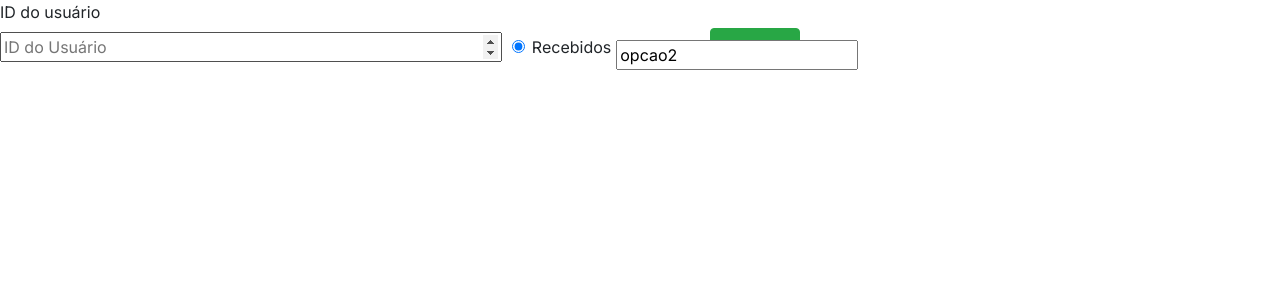
Repository: mateusilva8/tarefa-pix
Page: frontend/index.html
An editor plug-in stored every save of this project. The page is shown before and after the next save, followed by the edit.
The browser window is 1280 px wide. The pictures show the whole page.

Above is the page before, as saved 2023-10-21 19:32:39.

### frontend/index.html
<!DOCTYPE html>
<html lang="pt-BR">
<head>
  <meta charset="UTF-8">
  <meta name="viewport" content="width=device-width, initial-scale=1.0">
  <title>CRIE_TI PIX</title>
  <link rel="stylesheet" href="./css/index.css">
  <link rel="preconnect" href="https://fonts.googleapis.com">
  <link rel="preconnect" href="https://fonts.gstatic.com" crossorigin>
  <link rel="stylesheet" href="https://stackpath.bootstrapcdn.com/bootstrap/4.1.3/css/bootstrap.min.css" integrity="sha384-MCw98/SFnGE8fJT3GXwEOngsV7Zt27NXFoaoApmYm81iuXoPkFOJwJ8ERdknLPMO" crossorigin="anonymous">
  <link href="https://fonts.googleapis.com/css2?family=Inter:wght@400;700&display=swap" rel="stylesheet">
</head>
<body>
  <div class="formulario">
    <label for="id">ID do usuário</label>
    <div class="formulario-body">
      <input class="idInput" type="number" placeholder="ID do Usuário" id="id"></input>
      <div class="formulario-select">
        <div class="form-check">
          <input class="form-check-input" type="radio" name="recebidos" id="recebidos" value="opcao1" checked>
          <label class="form-check-label" for="recebidos">
            Recebidos
          </label>
        </div>
        <div class="form-check">
          <input class="form-check-input" type="transacao" name="enviados" id="enviados" value="opcao2">
          <label class="form-check-label" for="enviados">
            Enviados
          </label>
        </div>
        <button type="button" class="btn btn-success">Success</button>
      </div>
    </div>
  </div>


  <script src="https://code.jquery.com/jquery-3.3.1.slim.min.js" integrity="sha384-q8i/X+965DzO0rT7abK41JStQIAqVgRVzpbzo5smXKp4YfRvH+8abtTE1Pi6jizo" crossorigin="anonymous"></script>
  <script src="https://cdnjs.cloudflare.com/ajax/libs/popper.js/1.14.3/umd/popper.min.js" integrity="sha384-ZMP7rVo3mIykV+2+9J3UJ46jBk0WLaUAdn689aCwoqbBJiSnjAK/l8WvCWPIPm49" crossorigin="anonymous"></script>
  <script src="https://stackpath.bootstrapcdn.com/bootstrap/4.1.3/js/bootstrap.min.js" integrity="sha384-ChfqqxuZUCnJSK3+MXmPNIyE6ZbWh2IMqE241rYiqJxyMiZ6OW/JmZQ5stwEULTy" crossorigin="anonymous"></script>
</body>
</html>

### frontend/css/index.css
* {
    font-family: 'Inter', sans-serif;
}

.formulario {
    display: flex;
    flex-direction: column;
    width: 100%;
    font-size: 1rem;

}

.formulario-body {
    display: flex;
    flex-direction: row;
    width: 800px;
    height: 30px;
    justify-content: space-between;
    align-items: center;
    gap: 10px;
}

.formulario-select {
    display: flex;
    flex-direction: row;
    gap: 5px;
    align-items: center;

}

.idInput {
    width: 800px;
}

After the next save:
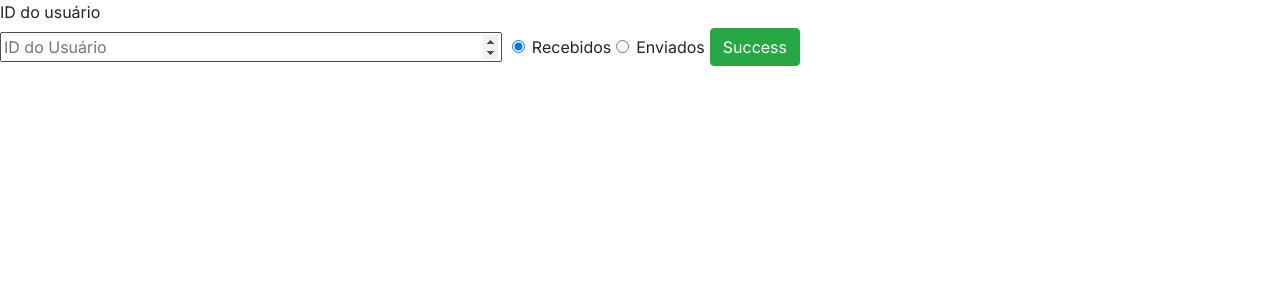
Saved 6 s later.
--- a/frontend/index.html
+++ b/frontend/index.html
@@ -23,7 +23,7 @@
           </label>
         </div>
         <div class="form-check">
-          <input class="form-check-input" type="transacao" name="enviados" id="enviados" value="opcao2">
+          <input class="form-check-input" type="radio" name="enviados" id="enviados" value="opcao2">
           <label class="form-check-label" for="enviados">
             Enviados
           </label>
